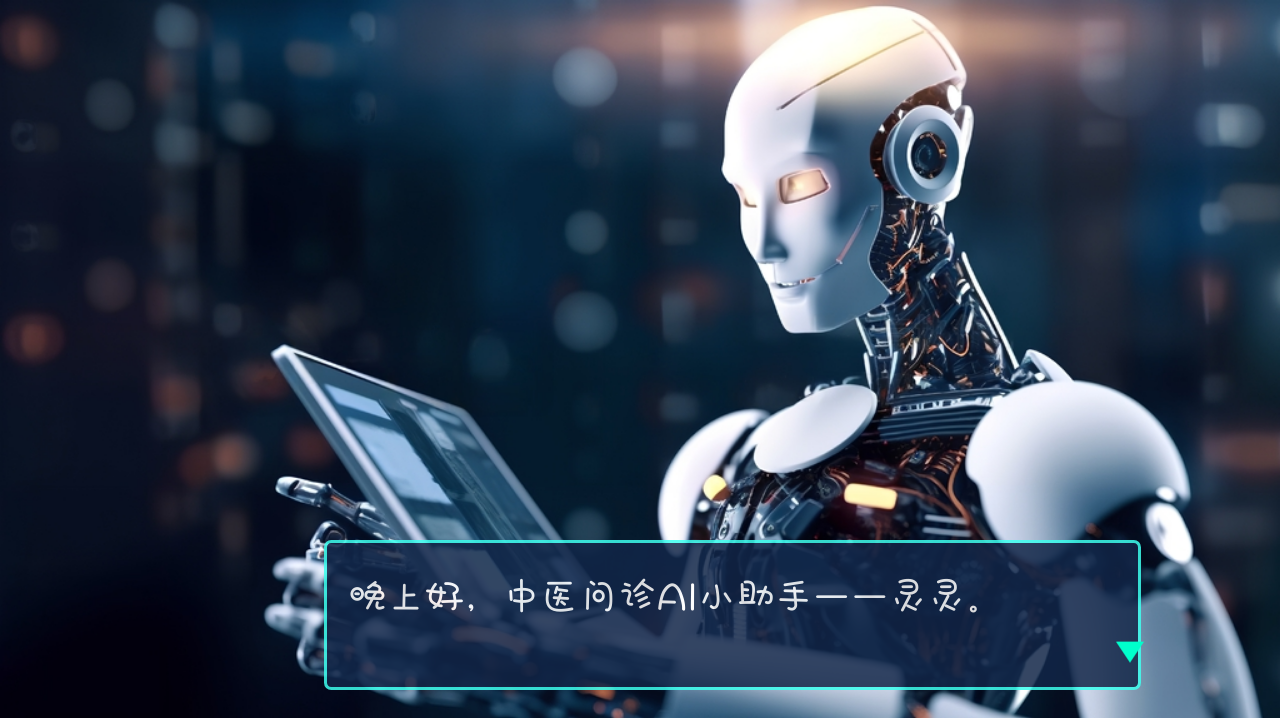
Repository: chjyume/zhongyi
Page: index3.html
An editor plug-in stored every save of this project. The page is shown before and after the next save, followed by the edit.
The browser window is 1280 px wide. The pictures show the whole page.

Above is the page before, as saved 2023-08-31 01:40:30.

After the next save:
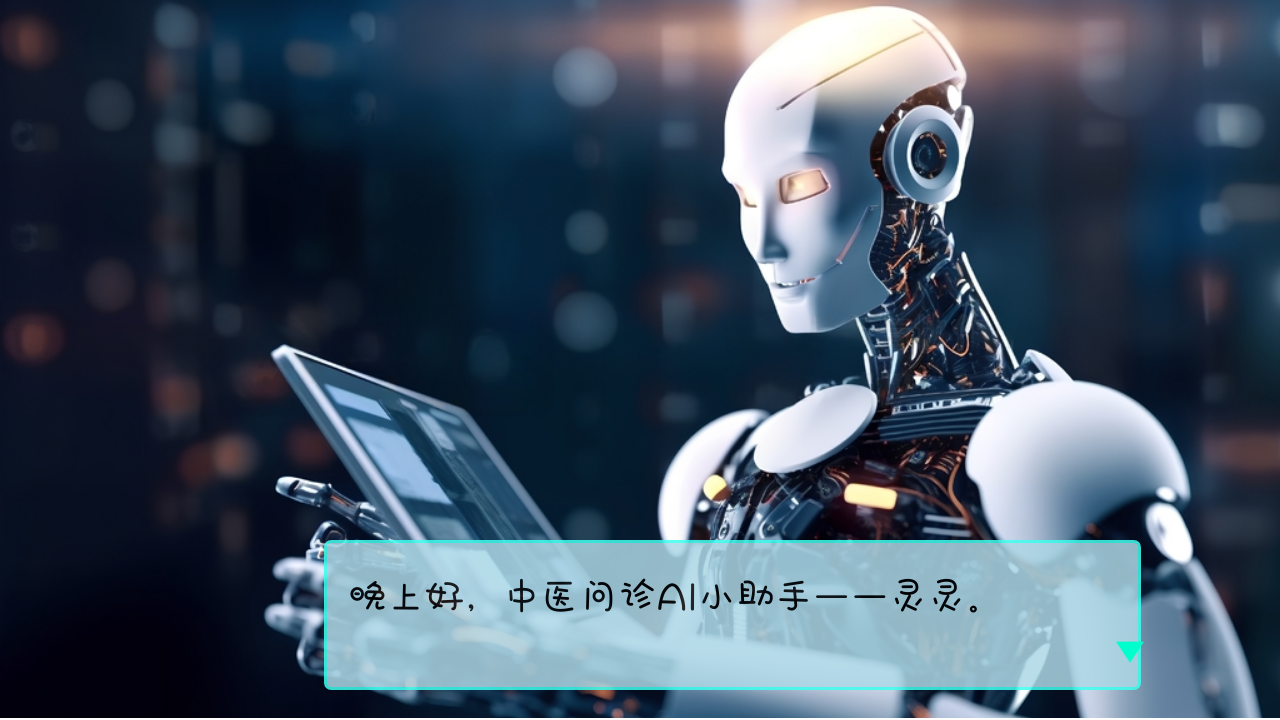
Saved 92 s later.
--- a/js/index3.js
+++ b/js/index3.js
@@ -3,7 +3,9 @@ var texts = ['晚上好，中医问诊AI小助手——灵灵。',
   '晚上好，这么晚了，主人怎么还没有休息？',
   '我又失眠了，我的安眠药也吃完了，怎么都睡不着。不是你说可以帮助我的吗？',
   '我通过全网查询得到以下诸多方法治疗失眠，你可以诉说你的需求进行筛选',
-  '我不想再吃安眠药了', '好的，已为你进行筛选', '我怕苦，不想吃中药',
+  '我不想再吃安眠药了',
+  '好的，已为你进行筛选',
+  '我怕苦，不想吃中药',
   '好的，已为你再次筛选',
   '我怕痛',
   '好的，其中的针灸并不痛',
@@ -28,7 +30,7 @@ function showNextText() {
       if (i < currentText.length) {
         var span = document.createElement("span");
         span.textContent = currentText.charAt(i);
-        if (currentTextIndex % 2 === 0 && currentTextIndex <= texts.length - 8) {
+        if (currentTextIndex % 2 === 0 && currentTextIndex <= texts.length - 8 && currentTextIndex === texts.length) {
           span.style.color = "white"; //改变字体颜色
           textDiv.style.backgroundColor = "#122648"; // 改变背景颜色
           textDiv.style.color = originalColor; // 设置字体颜色

After the 2 saves that followed:
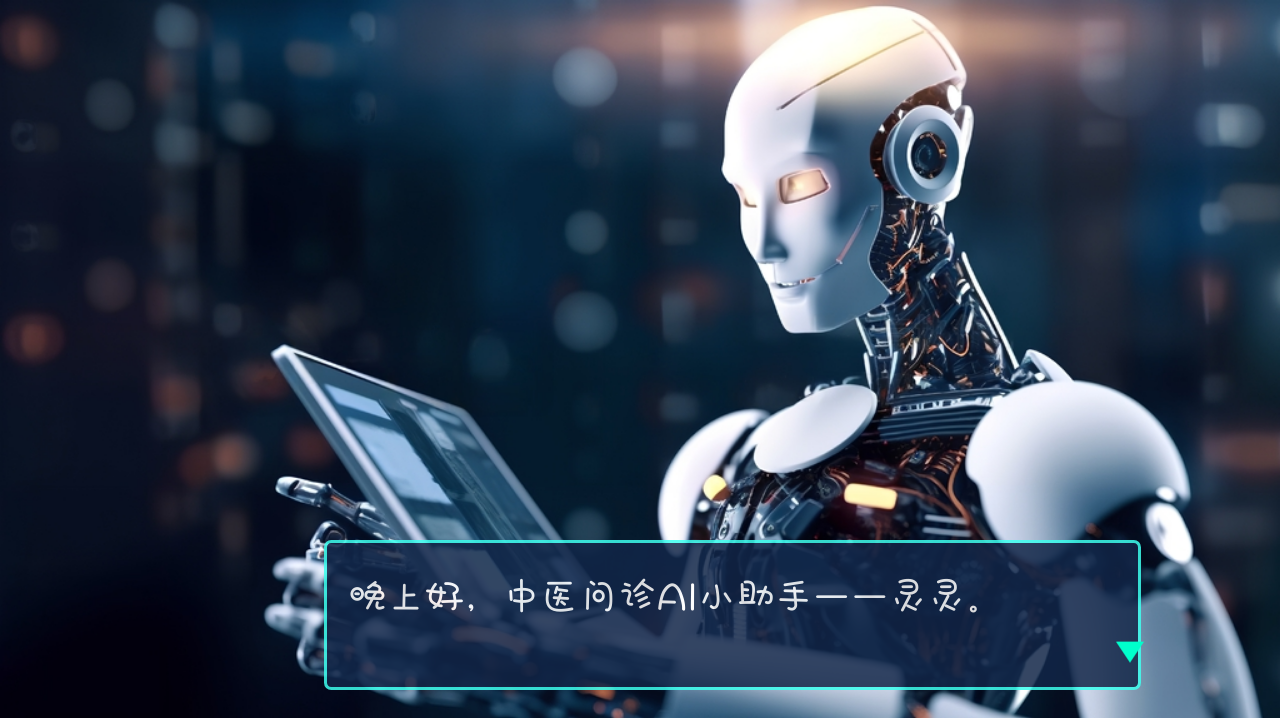
The 2 saves are shown as one change because 1 left the picture as it was.
The last was saved 69 s later.
--- a/js/index3.js
+++ b/js/index3.js
@@ -3,11 +3,8 @@ var texts = ['晚上好，中医问诊AI小助手——灵灵。',
   '晚上好，这么晚了，主人怎么还没有休息？',
   '我又失眠了，我的安眠药也吃完了，怎么都睡不着。不是你说可以帮助我的吗？',
   '我通过全网查询得到以下诸多方法治疗失眠，你可以诉说你的需求进行筛选',
-  '我不想再吃安眠药了',
   '好的，已为你进行筛选',
-  '我怕苦，不想吃中药',
   '好的，已为你再次筛选',
-  '我怕痛',
   '好的，其中的针灸并不痛',
   '那我可以试着尝试一下'];
 var currentTextIndex = -1;
@@ -30,7 +27,7 @@ function showNextText() {
       if (i < currentText.length) {
         var span = document.createElement("span");
         span.textContent = currentText.charAt(i);
-        if (currentTextIndex % 2 === 0 && currentTextIndex <= texts.length - 8 && currentTextIndex === texts.length) {
+        if (currentTextIndex % 2 === 0 && currentTextIndex <= texts.length -5) {
           span.style.color = "white"; //改变字体颜色
           textDiv.style.backgroundColor = "#122648"; // 改变背景颜色
           textDiv.style.color = originalColor; // 设置字体颜色
@@ -40,7 +37,7 @@ function showNextText() {
         }
         textDiv.appendChild(span);
         i++;
-        if (currentTextIndex === texts.length - 8) {
+        if (currentTextIndex === texts.length - 5) {
           var chosenDiv = document.getElementById('chosenDiv');
           chosenDiv.style.display = 'block';
         }
